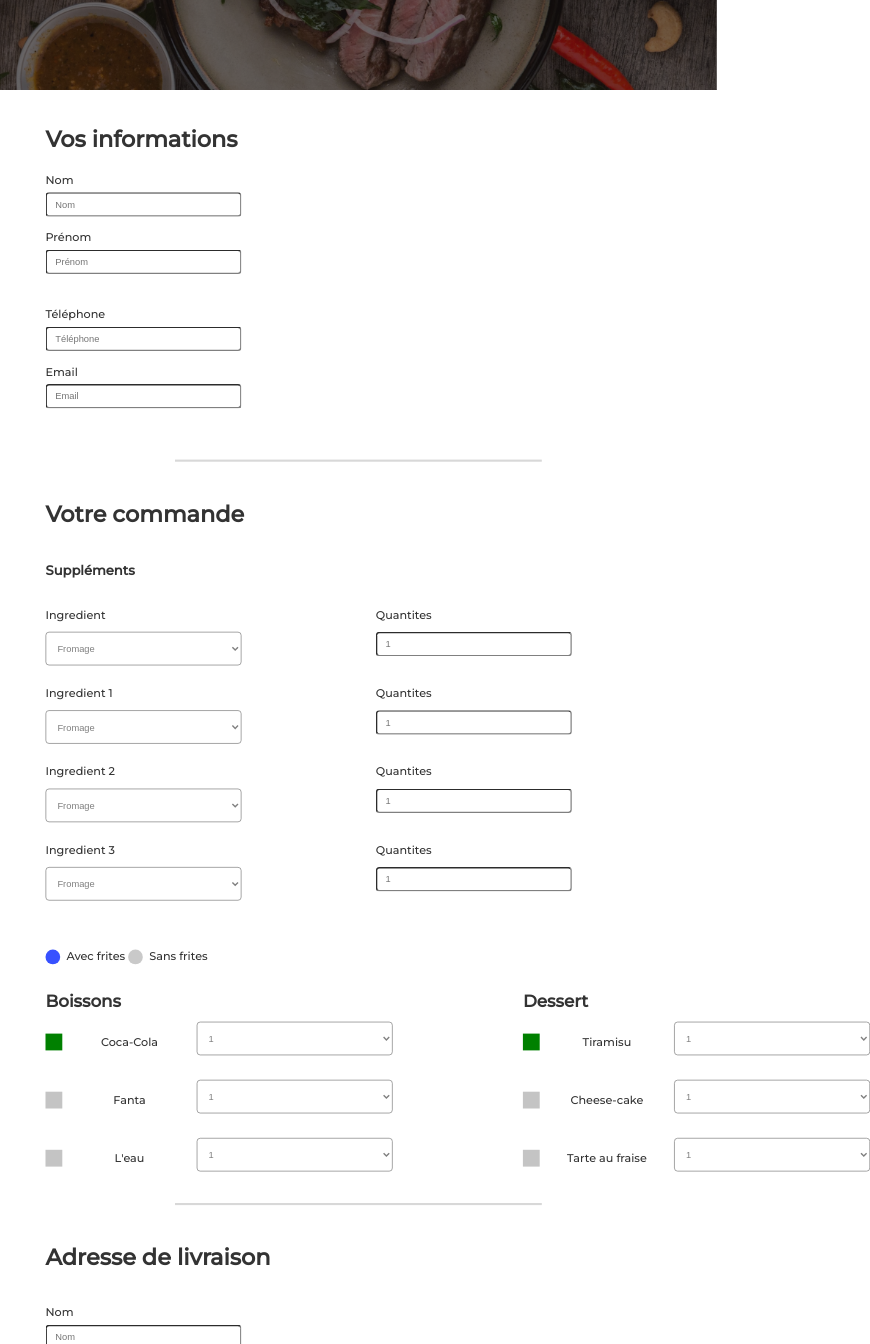
Repository: sisilass31/bella-olonje
Page: html/commande.html
These files come from the project's save history. The page is drawn as it stood at one moment and after a run of saves; the edit follows.
The browser window is 1024 px wide. The page is 1243 px wide, so the pictures cover 1243 px, including what lies to the right of the window. The pictures show the part of the page from y = 622 to 2542 px (the page is 3420 px tall before and 3252 px after), at 70% of full size.
Some web libraries are served in a nearby version.

Above is the page before, as saved 2023-02-15 08:45:17.

After the next 2 saves:
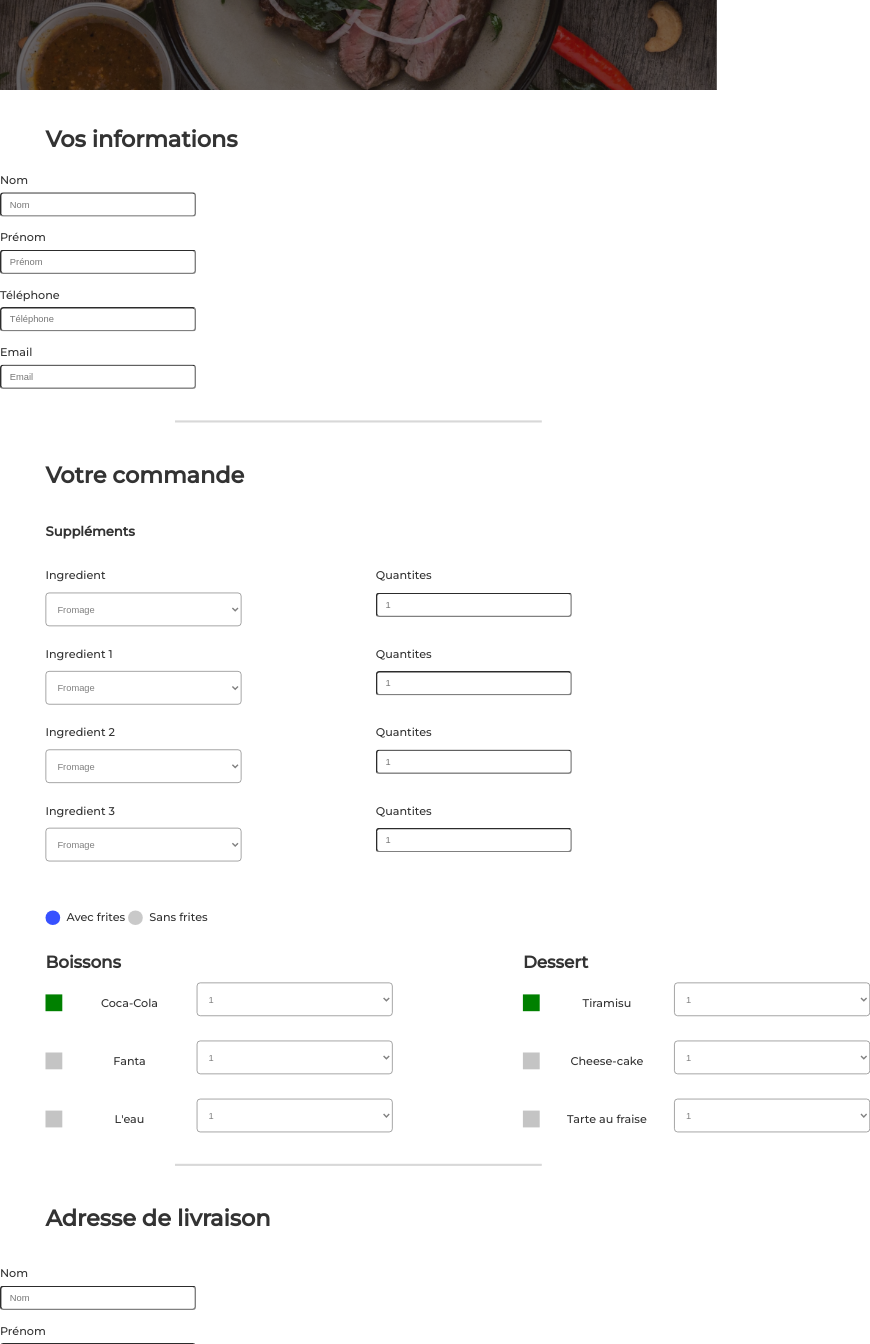
The 2 saves are shown as one change because they came seconds apart.
The last was saved 3 min 25 s later.
--- a/css/commande.css
+++ b/css/commande.css
@@ -422,10 +422,12 @@ button {
     .nom_prenom {
         flex-direction: column;
         justify-content: center;
+        padding: 0;
     }
     .telephone_email {
         flex-direction: column;
         justify-content: center;
+        padding: 0;
     }
 }
 /*responsive*/
